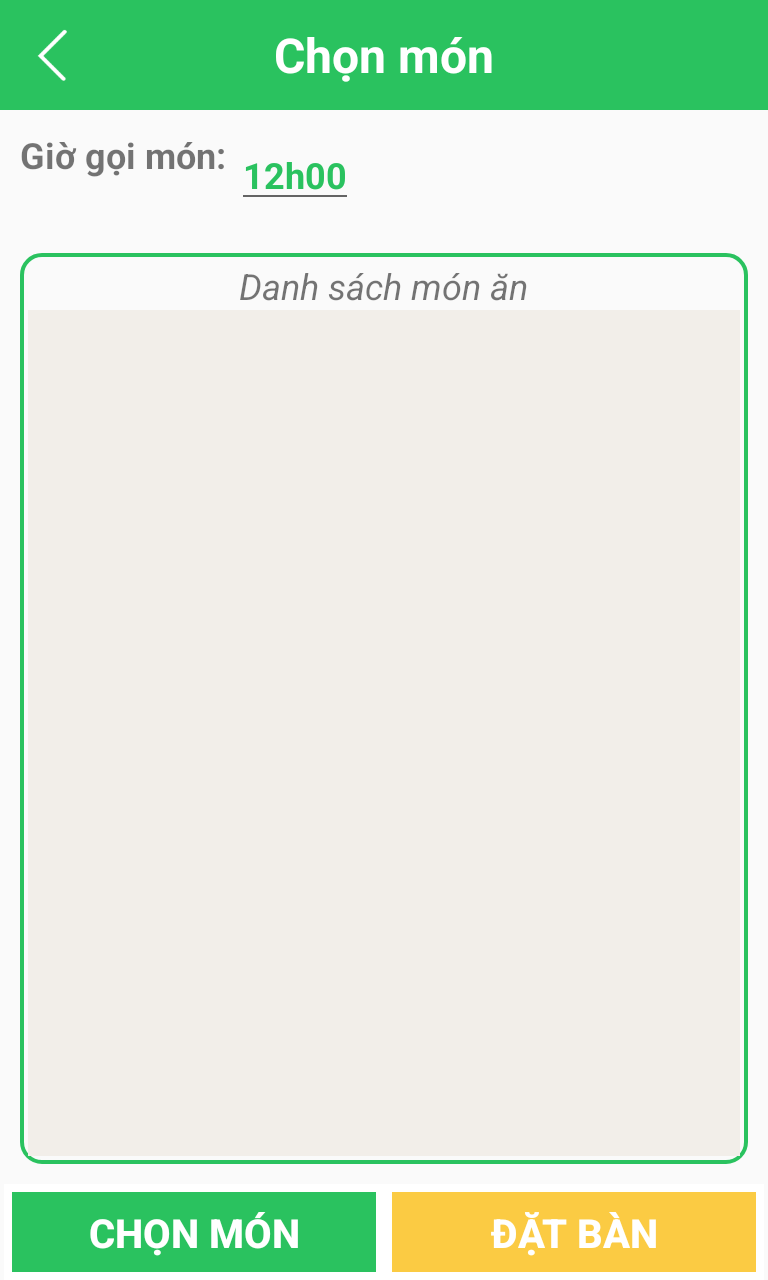
Repository: yenthanh132/Intelresment_AndroidClientApp
Layout: Intelresment/res/layout/activity_order.xml
An editor plug-in stored every save of this project. The layout is shown before and after a run of saves, followed by the edit.
It is drawn on a 768 x 1280 px phone screen (xhdpi) without system bars, with theme AppTheme; the app's code is not run. Lists and similar views that code fills are empty.

Above is the layout before, as saved 2014-12-27 07:38:52.

After the next 2 saves:
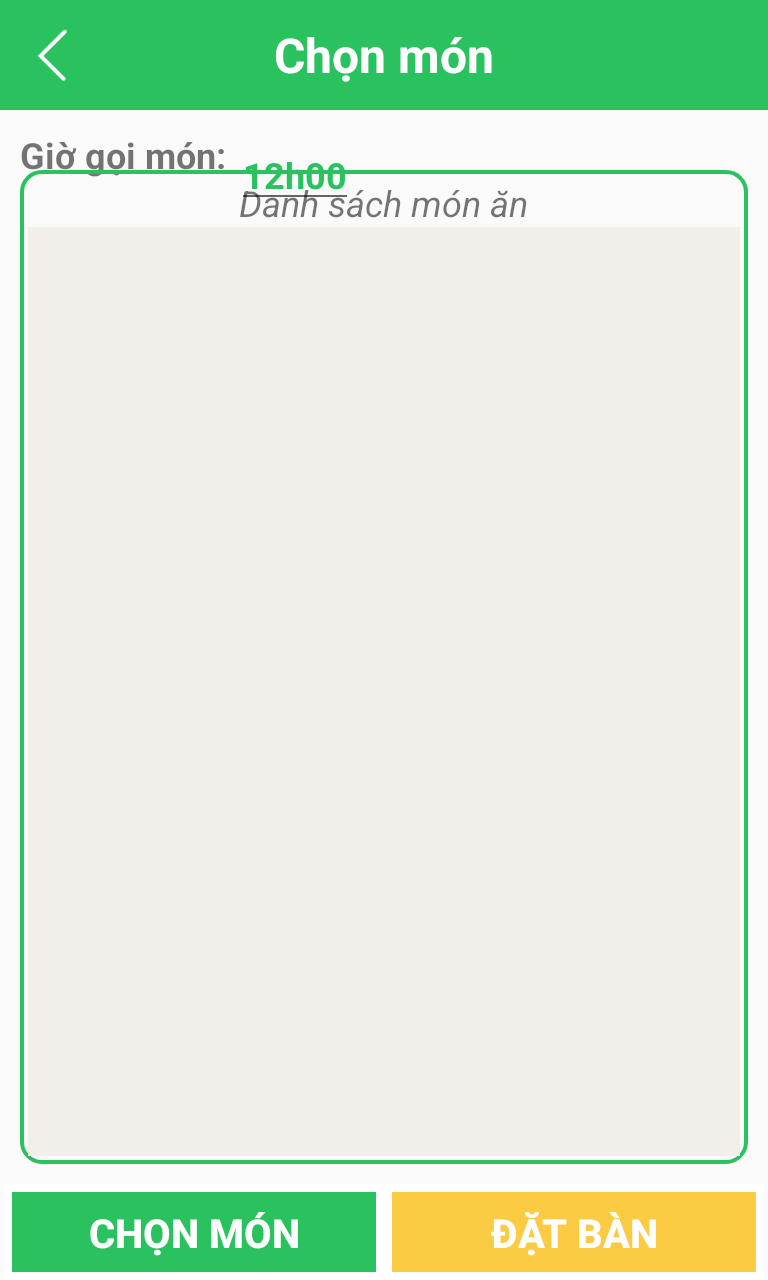
The 2 saves are shown as one change because they came seconds apart.
The last was saved 40 s later.
--- a/Intelresment/res/layout/activity_order.xml
+++ b/Intelresment/res/layout/activity_order.xml
@@ -46,7 +46,7 @@
             android:textStyle="bold" />
 
         <EditText
-            android:id="@+id/tvOrderDate"
+            android:id="@+id/txtFilter"
             android:layout_width="wrap_content"
             android:layout_height="wrap_content"
             android:layout_toRightOf="@+id/tvLabel2"
@@ -56,7 +56,7 @@
             android:textStyle="bold" />
 
         <RelativeLayout
-            android:id="@+id/panelOrderedFood"
+            android:id="@+id/panelFood"
             android:layout_width="match_parent"
             android:layout_height="wrap_content"
             android:layout_below="@+id/tvOrderDate"

After the 2 saves that followed:
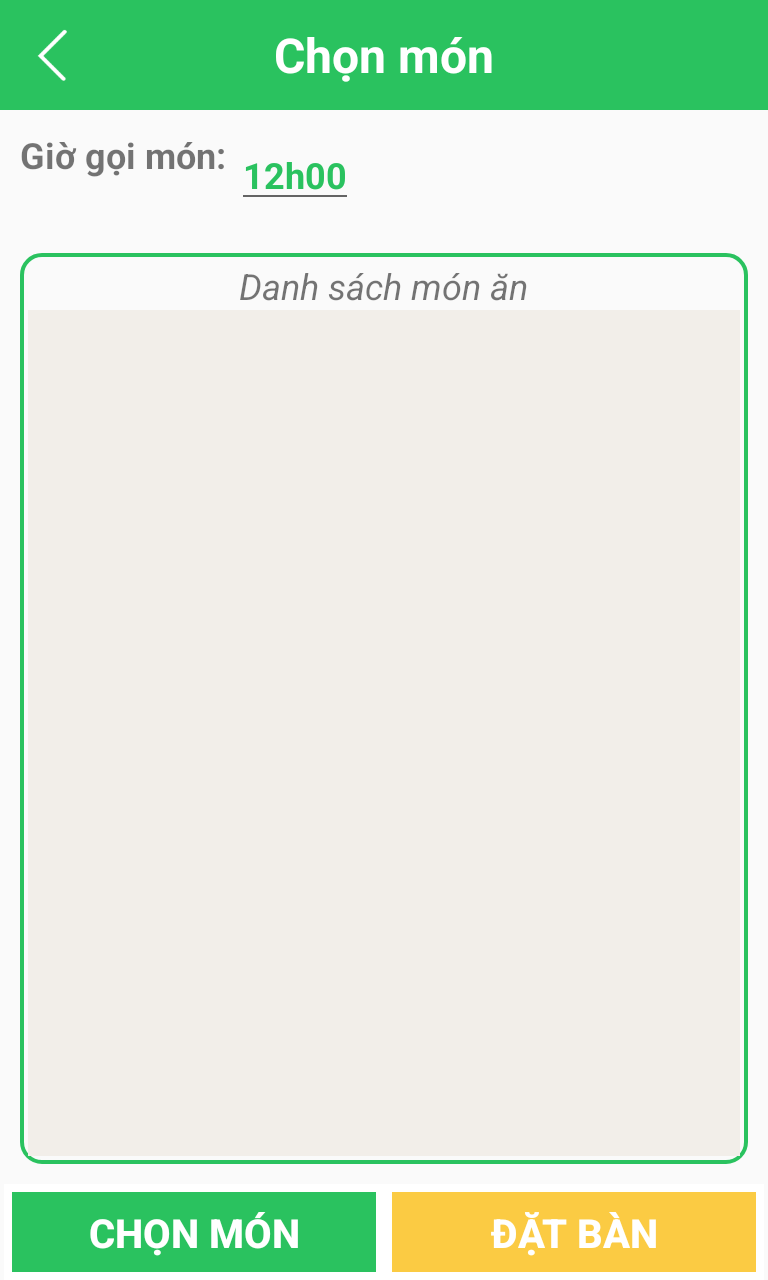
The 2 saves are shown as one change because 1 left the picture as it was.
The last was saved 47 s later.
--- a/Intelresment/res/layout/activity_order.xml
+++ b/Intelresment/res/layout/activity_order.xml
@@ -59,7 +59,7 @@
             android:id="@+id/panelFood"
             android:layout_width="match_parent"
             android:layout_height="wrap_content"
-            android:layout_below="@+id/tvOrderDate"
+            android:layout_below="@+id/txtFilter"
             android:layout_marginTop="20dp"
             android:background="@drawable/oval_rectangle"
             android:padding="4dp" >
@@ -74,7 +74,7 @@
                 android:textStyle="italic" />
 
             <GridView
-                android:id="@+id/gvOrderedFood"
+                android:id="@+id/gvFood"
                 android:layout_width="match_parent"
                 android:layout_height="match_parent"
                 android:layout_below="@+id/tvLabel3"
